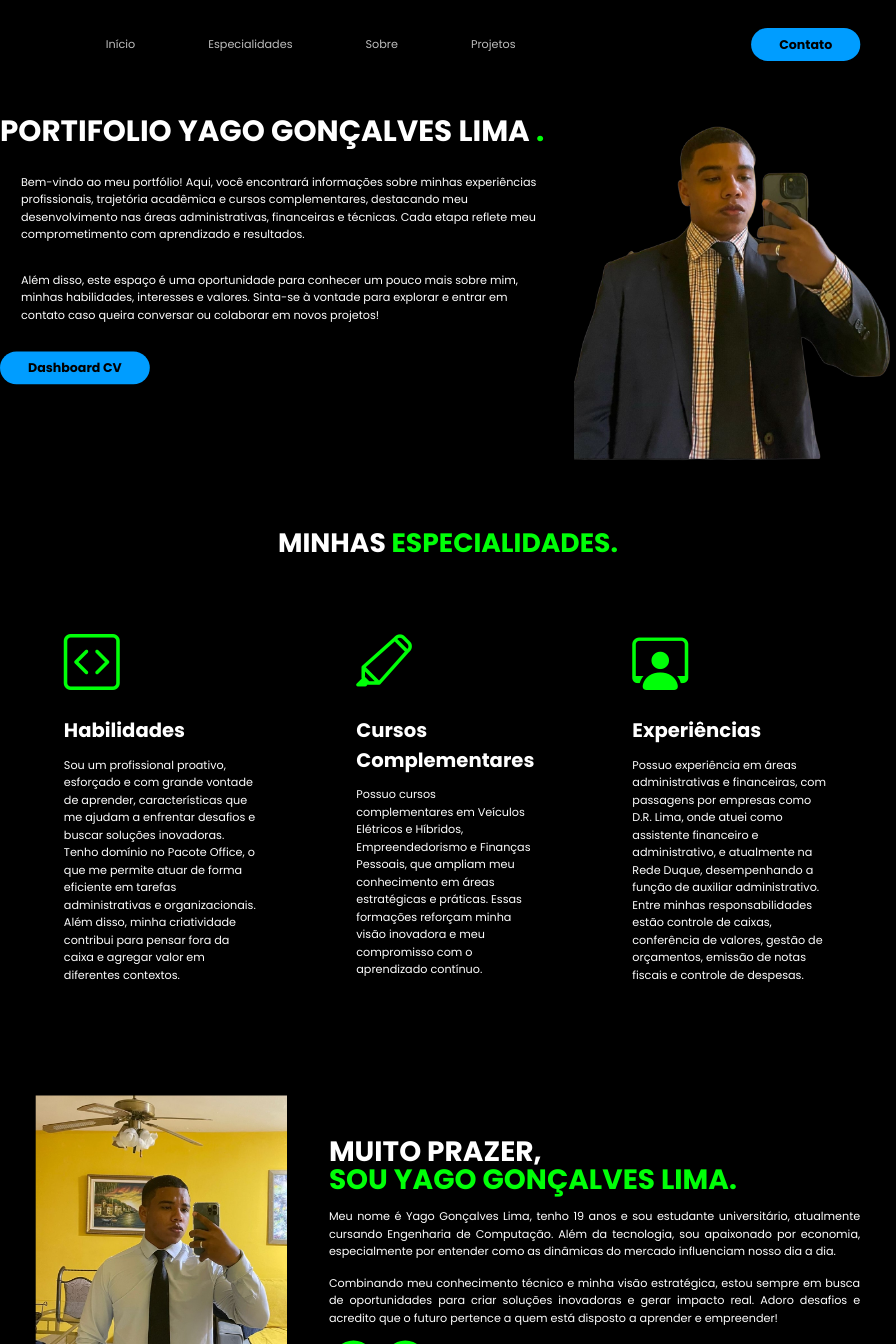
Repository: yagolima1511/Portfolio
Page: index.html
The author's editor kept a copy of each file at every save. The page is drawn from the files as they stood at one save, then again after the next save.
The browser window is 1280 px wide. The pictures show the part of the page from y = 0 to 1920 px (the page is 3476 px tall), at 70% of full size.

Above is the page before, as saved 2025-02-13 22:17:59.

### index.html
<!DOCTYPE html>
<html lang="pt-br">
<head>
    <meta charset="UTF-8">
    <meta name="viewport" content="width=device-width, initial-scale=1.0">
    <link rel="preconnect" href="https://fonts.googleapis.com">
<link rel="preconnect" href="https://fonts.gstatic.com" crossorigin>
<link href="https://fonts.googleapis.com/css2?family=Cabin:ital,wght@0,400..700;1,400..700&family=Poppins:ital,wght@0,100;0,200;0,300;0,400;0,500;0,600;0,700;0,800;0,900;1,100;1,200;1,300;1,400;1,500;1,600;1,700;1,800;1,900&display=swap" rel="stylesheet">
<link rel="stylesheet" href="https://cdn.jsdelivr.net/npm/bootstrap-icons@1.11.3/font/bootstrap-icons.min.css">
    <link rel="stylesheet" href="style.css">
    <link rel="icon" href="imagens.portifolio/logo_yago_sem_fundo.png">
    <title>Yago Gonçalves Lima</title>
</head>
<body>

    <header>
        <div class="interface">
             <nav>
                <nav class="menu-desktop">
                    <ul>
                        <li><a href="#início">Início</a></li>
                        <li><a href="#especialidades">Especialidades</a></li>
                        <li><a href="#sobre">Sobre</a></li>
                        <li><a href="#projetos">Projetos</a></li>
                    </ul>
                </nav>
             </nav>
             <div class="btn-contato">
                <a href="https://api.whatsapp.com/send?phone=5511951423405">
                    <button>Contato</button>
                </a>
             </div>
        </div><!--INTERFACE-->
    </header>

    <main>
        <section id="início">
        <section class="topo-do-site">
            <div class="interface">
                <div class="flex">
                    <div class="txt-topo-site">
                       <h1>PORTIFOLIO YAGO GONÇALVES LIMA <span>.</span></h1>
                       <p>Bem-vindo ao meu portfólio! Aqui, você encontrará informações sobre minhas experiências profissionais, trajetória acadêmica e cursos complementares, destacando meu desenvolvimento nas áreas administrativas, financeiras e técnicas. Cada etapa reflete meu comprometimento com aprendizado e resultados.</p>
                       <p>Além disso, este espaço é uma oportunidade para conhecer um pouco mais sobre mim, minhas habilidades, interesses e valores. Sinta-se à vontade para explorar e entrar em contato caso queira conversar ou colaborar em novos projetos!</p>

                       <div class="btn-contato">
                        <a href="https://www.canva.com/design/DAGZft-klJw/L4ZIEv-Um3k0rW6E9iZL9g/edit?utm_content=DAGZft-klJw&utm_campaign=designshare&utm_medium=link2&utm_source=sharebutton">
                            <button>Dashboard CV</button>
                        </a>
                       </div>
                    </div>
                    <div class="img-topo-site">
                        <img id="img-home" src="imagens.portifolio/yago sem fundo.png" alt="" class="tamanho-fixo">

                    </div>
                </div>
            </div>
        </section>
    </section>
        <section id="especialidades">

        <section class="especialidades">
            <div class="interface">
                <h2 class="titulo">MINHAS <span>ESPECIALIDADES.</span></h2>
                <div class="flex">
                     <div class="especialidades-box">
                     <i class="bi bi-code-square"></i>
                     <h3>Habilidades</h3>
                     <p>Sou um profissional proativo, esforçado e com grande vontade de aprender, características que me ajudam a enfrentar desafios e buscar soluções inovadoras. Tenho domínio no Pacote Office, o que me permite atuar de forma eficiente em tarefas administrativas e organizacionais. Além disso, minha criatividade contribui para pensar fora da caixa e agregar valor em diferentes contextos.</p>
                </div>


                     <div class="especialidades-box">
                        <i class="bi bi-highlighter"></i>
                     <h3>Cursos Complementares</h3>
                     <p>Possuo cursos complementares em Veículos Elétricos e Híbridos, Empreendedorismo e Finanças Pessoais, que ampliam meu conhecimento em áreas estratégicas e práticas. Essas formações reforçam minha visão inovadora e meu compromisso com o aprendizado contínuo.</p>
                </div>

                     <div class="especialidades-box">
                        <i class="bi bi-person-workspace"></i>
                     <h3>Experiências</h3>
                     <p>Possuo experiência em áreas administrativas e financeiras, com passagens por empresas como D.R. Lima, onde atuei como assistente financeiro e administrativo, e atualmente na Rede Duque, desempenhando a função de auxiliar administrativo. Entre minhas responsabilidades estão controle de caixas, conferência de valores, gestão de orçamentos, emissão de notas fiscais e controle de despesas.
                    </p>
                </div>
            </div>
        </section>
    </section>
             <section id="sobre">
                    <section class="sobre">
                        <div class="interface">
                            <div class="flex">
                                <div class="img-sobre">
                                    <img src="imagens.portifolio/camisa gravata.jpeg" alt="" class="tamanho-fixo">
                                </div>
                                <div class="txt-sobre">
                                      <h2>MUITO PRAZER,<span> SOU YAGO GONÇALVES LIMA.</span> </h2>
                                          <p>Meu nome é Yago Gonçalves Lima, tenho 19 anos e sou estudante universitário, atualmente cursando Engenharia de Computação. Além da tecnologia, sou apaixonado por economia, especialmente por entender como as dinâmicas do mercado influenciam nosso dia a dia.</p>
                                          <p>Combinando meu conhecimento técnico e minha visão estratégica, estou sempre em busca de oportunidades para criar soluções inovadoras e gerar impacto real. Adoro desafios e acredito que o futuro pertence a quem está disposto a aprender e empreender!</p>
                                          <div class="btn-social">

                                                <a href="https://api.whatsapp.com/send?phone=5511951423405"><button><i class="bi bi-whatsapp"></i></button></a>
                                                <a href="https://www.linkedin.com/in/yago-lima-50758a299?utm_source=share&utm_campaign=share_via&utm_content=profile&utm_medium=ios_app"><button><i class="bi bi-linkedin"></i></button></a>

                                          </div>
                                </div>

                            </div>
                        </div>
                    </section>
                </section>
                    <section id="projetos">

                    <section class="projetos">
                        <div class="interface">
                            <h2><h2 class="titulo">PROJETO <span>DESENVOLVIDO.</span></h2></h2>

                           <div class="flex">
                            <div class="img-proj" style="background-image: url(imagens.portifolio/WhatsApp\ Image\ 2024-12-10\ at\ 22.25.13.jpeg);">
                                <div class="overlay">Projeto AlphaTec</div>
                            </div>
                            <div class="img-proj" style="background-image: url(imagens.portifolio/WhatsApp\ Image\ 2024-12-10\ at\ 22.20.26.jpeg);">
                                <div class="overlay">Projeto AlphaTec</div>
                            </div>
                            <div class="img-proj" style="background-image: url(imagens.portifolio/WhatsApp\ Image\ 2024-12-10\ at\ 22.20.24.jpeg);">
                                <div class="overlay">Projeto AlphaTec</div>

                            </div>
                           </div>
                        </div>

                        <section class="projeto">
                            <div class="interface">
                                <div class="flex">
                        <div class="txt-paragrafo-projeto">
                                <p>Juntamente com meus colegas de faculdade, desenvolvemos o Projeto AlphaTec. O projeto do carrinho autônomo com Arduino é uma aplicação simples de robótica, onde o objetivo principal é criar um veículo que detecte obstáculos e mude de direção automaticamente usando um sensor ultrassônico. Aqui está uma explicação didática e direta sobre os principais componentes e funcionamento:</p>

                        </div> <!--txt-->
                    </div>
                            </div><!--INTERFACE-->



                     </section>


                     <ul>
                        <li>
                            Arduino: É o "cérebro" do carrinho, responsável por processar as informações do sensor ultrassônico e controlar os motores.
                        <li>

                                Sensor Ultrassônico (HC-SR04): Detecta obstáculos à frente, medindo a distância usando ondas sonoras.
                            </li>
                            <li>
                                Motores e Ponte H (L298N): Movem o carrinho e permitem controlar o sentido de rotação (para frente, para trás ou virar).
                            </li>
                            <li>
                                Baterias/Pilhas: Alimentam o Arduino e os motores.
                            </li>
                            <li>
                                Estrutura do Carrinho: Uma base com rodas onde os componentes são fixados
                            </li>
                        </ul>

                    </section>
                </section>


    </main>
    <footer>
        <div class="interface">
            <div class="line-footer">
                <div class="flex">
                <div class="btn-social">

                    <a href="https://api.whatsapp.com/send?phone=5511951423405"><button><i class="bi bi-whatsapp"></i></button></a>
                    <a href="https://www.linkedin.com/in/yago-lima-50758a299?utm_source=share&utm_campaign=share_via&utm_content=profile&utm_medium=ios_app"><button><i class="bi bi-linkedin"></i></button></a>

              </div>
            </div>
            </div>
                <div class="line-footer borda">
                    <p><i class="bi bi-envelope-fill"></i> <a href="mailto:goncalveslima2005@gmail.com">goncalveslima2005@gmail.com</a></p>

            </div>

        </div>
    </footer>
</body>
</html>

### style.css
/*ESTILO GERAL*/
html {
    scroll-behavior: smooth;
}

*{
    margin: 0;
    padding: 0;
    box-sizing: 0;
    font-family: "Poppins", serif;
}

body{
    background-color: black;
    height: 100vh;
}

.interface{
    max-width: 1280px;
    margin: 0 auto;
}

.flex{
    display: flex;
}

.btn-contato button{
    padding: 10px 40px;
    font-size: 18px;
    font-weight: 700;
    background-color: #009dff;
    border: 0;
    border-radius: 30px;
    cursor: pointer;
    transition: .2s;
}

h2.titulo{
    color: white;
    font-size: 38px;
    text-align: center;
}

h2.titulo span{
    color: #00ff08;
}

 button:hover{
    box-shadow: 0px 0px 8px #00ff08;
    transform: scale(1.05);
}

/* ESTILO DO CABEÇALHO */
header{
    padding: 40px 4%;
}

header > .interface{
    display: flex;
    align-items: left;
    justify-content: space-between;
}

header a{
    color: #7d7d7d;
    text-decoration: none;
    display: inline-block;
    transition: .2s;
}

header a:hover{
    color:#fff;
    transform: scale(1.05);
}

header nav ul{
    list-style-type: none;
}

header nav ul li{
    display: inline-block;
    padding: 0 50px;
}

/* ESTILO DO TOPO DO SITE */
section.topo-do-site{
    padding: 40px 0%;
}

section.top-do-site.flex{
    align-items: center;
    justify-content: center;
    gap: 90px;
}

.topo-do-site h1{
    color: white;
    font-size: 42px;
    line-height: 40px;
}

.txt-topo-site span{
    color: #00ff08;
}

.topo-do-site .txt-topo-site p{
    color: white;
    margin: 40px 30px;

}

.topo-do-site .img-topo-site img{
    position: relative;
    animation: flutuar 2s ease-in-out infinite alternate;
}

@keyframes flutuar{
    0%{
        top: 0;
    }
    100%{
        top: 30px;
    }
}

/* ESPECIALIDADES */
section.especialidades{
    padding: 40px 4%;
}

section.especialidades .flex{
    gap: 60px;
}

.especialidades .especialidades-box{
    color: white;
    padding: 40px;
    border-radius: 20px;
    margin-top: 45px;
    transition: .2s;
}

.especialidades .especialidades-box:hover{
    transform: scale(1.05);
    box-shadow: 0 0 8px #ffffff78;
}

.especialidades .especialidades-box i{
    font-size: 80px;
    color: #00ff08;
}

.especialidades .especialidades-box h3{
   font-size: 28px;
   margin: 15px 0;
}

/* ESTILO SOBRE */
section.sobre{
    padding: 80px 4%;
}

section.sobre .flex{
    align-items: center;
    gap: 60px;
}

.sobre .txt-sobre{
    color: white;
    line-height: 40px;
    margin-bottom: 30px;
}

.sobre .txt-sobre h2{
    font-size: 40px;
}

.sobre .txt-sobre h2 span{
    color: #00ff08;
    display: block;
}

.sobre .txt-sobre p{
     margin: 20px 0;
     text-align: justify;
     line-height: 25px;
}

 .btn-social button{
     width: 60px;
     height: 60px;
     border-radius: 50%;
     border: none;
     background-color: #00ff08;
     font-size: 22px;
     cursor: pointer;
     margin: 0 5px;
     transition: 2.s;
}

/* ESTILO DO PORTIFÓLIO */
section.projetos{
     padding: 80px 4%;
     box-shadow: 0 0 40px 10px rgba(255, 255, 255, 0.107);
}

section.projetos .flex{
    justify-content: space-around;
    margin-top: 60px;
}

.img-proj{
    width: 360px;
    height: 460px;
    background-size: cover;
    background-position: 100% 0%;
    transition: 1s;
    cursor: pointer;
    border-radius: 40px;  /* DEIXA A FOTO C ASA BORDAS REDONDAS */
    position: relative;
}

.img-proj:hover{
    background-position: 100% 100%;
}


.overlay{
    position: absolute;
    top: 0;
    left: 0;
    width: 100%;
    height: 100%;
    background-color: #010d01c3;
    border-radius: 40px;
    display: flex;
    align-items: center;
    justify-content: center;
    font-size: 24px;
    font-weight: 600;
    color: white;
    opacity: 0;
    transition: .5s;
}

.overlay:hover{
    opacity: 1;
}

.txt-paragrafo-projeto p{
    color: white;
    margin-bottom: 20px;
}

ul{
    list-style-position: inside;
    color: white;
    padding: 10px 50px;
}

/* ESTILO DO RODAPÉ */

footer{
    padding: 60px 4%;
    box-shadow: 0 0 40px 10px rgba(255, 255, 255, 0.090);
}

footer .flex{
    justify-content: space-between;
}

footer .line-footer{
    padding: 20px 0;
}

.borda{
    border-top: 2px solid #00ff08;
}

footer .line-footer p i{
    color: #00ff08;
    font-size: 22px;
}

footer .line-footer p a{
    color: white;
}

footer .line-footer p{
    text-align: right;
}



@media screen and (max-width: 1041.60px){
    /*classes gerais*/

    .flex{
        flex-direction: column-reverse;
    }

    h2.titulo{
        font-size: 34px;
        line-height: 40px;
    }

    /*cabeçalho*/
    .menu-desktop, .btn-contato{
        display: none;
    }

    .img-topo-site {
        display: none;
    }

    .txt-topo-site h1{
        margin: 7px;
        text-align: center;
        font-size: 35px;
    }

    /*topo do site*/

    section.top-do-site .flex{
        gap: 40px;

    section.topo-do-site{
        padding: 20px 8%;
    }


    .topo-do-site h1{
        font-size: 30px;
    }


    .topo-do-site .img-topo-site img{
        width: 100%;

    }
}
    /* ESPECIALIDADES */
section.especialidades{
    padding: 40px 8%;
}
/* SOBRE */
section.sobre{
    padding: 80px 8%;
}
.sobre .txt-sobre h2{
    font-size: 35px;
    line-height: 35px;
    text-align: center;
}
.btn-social{
    text-align: center;
}

.img-sobre img{
    width: 100%;
}

/* PROJETO*/
section.projetos{
    padding: 80px 8%;
}
.img-proj{
    width: 100%;
    max-width: 360px;
    margin: 0 auto;

}

section.projetos .flex{
   gap: 60px;
}
footer .flex{
    flex-direction: column;
}

footer .line-footer p{
    text-align: center;
}


}

.tamanho-fixo{


    height: 492px;
}

header a {
    color: #bdbdbd;
    text-decoration: none;
    display: inline-block;
    transition: .2s;
}

After the next save:
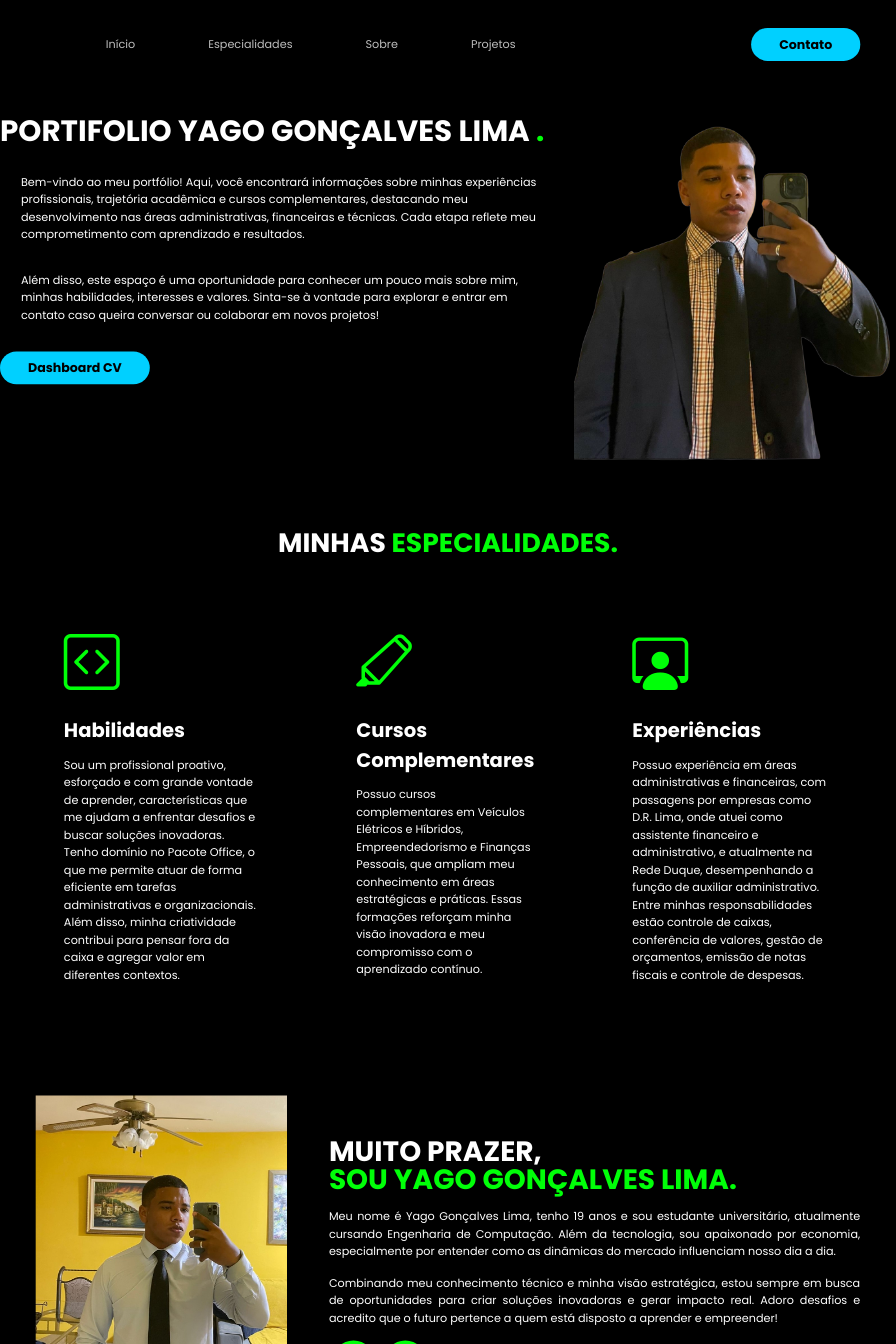
Saved 18 s later.
--- a/style.css
+++ b/style.css
@@ -28,7 +28,7 @@ body{
     padding: 10px 40px;
     font-size: 18px;
     font-weight: 700;
-    background-color: #009dff;
+    background-color: #00d0ff;
     border: 0;
     border-radius: 30px;
     cursor: pointer;
